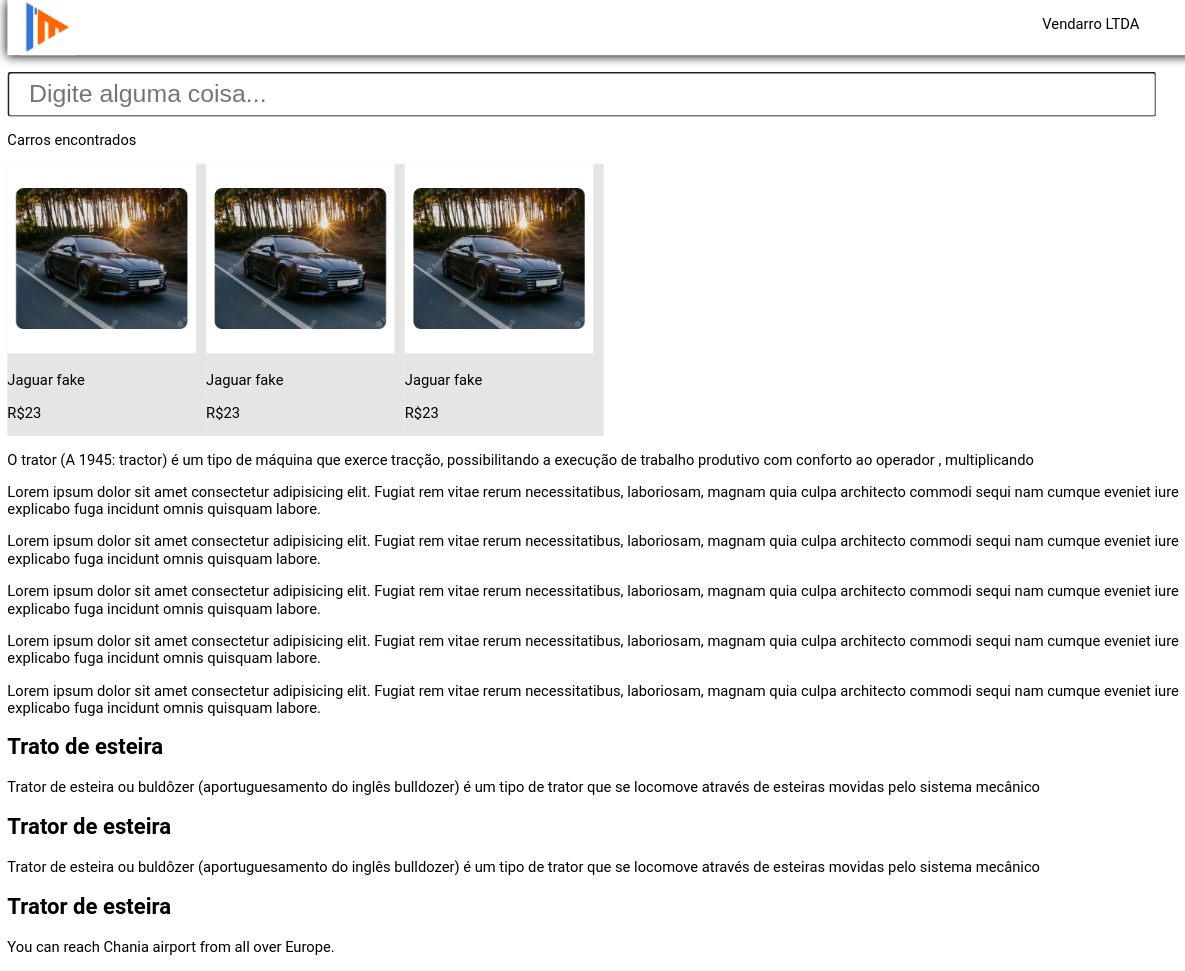
Repository: ecrseer/pesquisa-carros-html
Page: index.html
These files come from the project's save history. The page is drawn as it stood at one moment and after the next save; the edit follows.
The browser window is 1280 px wide. The page is 1288 px wide, so the pictures cover 1288 px, including what lies to the right of the window. The pictures show the whole page, at 92% of full size.

Above is the page before, as saved 2022-01-21 17:11:22.

### index.html
<!doctype html>

<html lang="pt-br">
  <html lang="pt-br">
    <head>
        <meta charset="UTF-8"/>
        <meta name="viewport" content="width=device-width,
        initial-scale=1.0"/>
        <meta http-equiv="X-UA-Compatible" content="ie=edge">
        <title>Vendarro LTDA</title>

  <link rel="stylesheet" href="index.css">

</head>

<body >
    <nav class="header flex wid95 ">
      <img src="./imgs/logo.png" alt="">
      <div></div>
      <p>Vendarro LTDA</p>

      </nav>
      <div class="">
        <div class="espaco"></div>
        <div class="row">
               <input type="text" class="wid95 borda-redonda"
               placeholder="Digite alguma coisa...">
        </div>


        <div class="row">
          <p>Carros encontrados</p>
          <section class="gridcards">
            <div class="card">
              <img src="./imgs/carro.png" class="wid95" alt="">
              <p>Jaguar fake</p>
              <p>R$23</p>
            </div>
            <div class="card">
              <img src="./imgs/carro.png" class="wid95" alt="">
              <p>Jaguar fake</p>
              <p>R$23</p>
            </div>
            <div class="card">
              <img src="./imgs/carro.png" class="wid95" alt="">
              <p>Jaguar fake</p>
              <p>R$23</p>
            </div>
          </section>
          <p>O trator (A 1945: tractor) é um tipo de máquina que exerce tracção,
             possibilitando a execução de trabalho produtivo com conforto ao operador
             , multiplicando </p>
             <p>Lorem ipsum dolor sit amet consectetur adipisicing elit. Fugiat rem vitae rerum necessitatibus, laboriosam, magnam quia culpa architecto commodi sequi nam cumque eveniet iure explicabo fuga incidunt omnis quisquam labore.</p>
             <p>Lorem ipsum dolor sit amet consectetur adipisicing elit. Fugiat rem vitae rerum necessitatibus, laboriosam, magnam quia culpa architecto commodi sequi nam cumque eveniet iure explicabo fuga incidunt omnis quisquam labore.</p>
             <p>Lorem ipsum dolor sit amet consectetur adipisicing elit. Fugiat rem vitae rerum necessitatibus, laboriosam, magnam quia culpa architecto commodi sequi nam cumque eveniet iure explicabo fuga incidunt omnis quisquam labore.</p>
             <p>Lorem ipsum dolor sit amet consectetur adipisicing elit. Fugiat rem vitae rerum necessitatibus, laboriosam, magnam quia culpa architecto commodi sequi nam cumque eveniet iure explicabo fuga incidunt omnis quisquam labore.</p>
             <p>Lorem ipsum dolor sit amet consectetur adipisicing elit. Fugiat rem vitae rerum necessitatibus, laboriosam, magnam quia culpa architecto commodi sequi nam cumque eveniet iure explicabo fuga incidunt omnis quisquam labore.</p>
        </div>

        <div class="col-3 col-s-12">
          <div class="aside">
            <h2>Trato de esteira</h2>
            <p>Trator de esteira ou buldôzer (aportuguesamento do inglês bulldozer) é um tipo de trator que se locomove através de esteiras movidas pelo sistema mecânico</p>
            <h2>Trator de esteira</h2>
            <p>Trator de esteira ou buldôzer (aportuguesamento do inglês bulldozer) é um tipo de trator que se locomove através de esteiras movidas pelo sistema mecânico</p>
            <h2>Trator de esteira</h2>
            <p>You can reach Chania airport from all over Europe.</p>

          </div>
        </div>


      </div>

  <script src="scripts.js"></script>

</body>
</html>

### index.css


  html,body {
    font-family: "Roboto","Lucida Sans", sans-serif;
    width: 100%;
    --topbar-altura:60px;
    --fundo-card: #E5E5E5;

  }
  .espaco{
    height: calc(var(--topbar-altura) + 10px);
  }
  .wid95{
    width: 95%;
  }

  .borda-redonda{
    border-radius: 4px;
  }
  input{
    padding: 1vh;
    padding-left: 3vh;
    font-size: 27px;
  }

  .header {
    background: white;
    position: fixed;
    top:0;
    max-height: var(--topbar-altura);
    box-shadow: 1px 1px 11px 1px;
    padding: 0 2vh;
    padding-right: 424px;
  }
  .flex{
    display: flex;
    justify-content: space-between;
  }
  .gridcards{
    display: grid;
    grid-template-columns: repeat(auto-fill, 30vh)
  }
  .card{
    background: var(--fundo-card);
  }

### scripts.js
function recurs(nmbr){

    if (nmbr==1)
    return 1;
    else
    arr.push(3*recurs(nmbr-1));
}

let
    isWhite = false,
    arr=[];
    let
    fixo=new Array(5);

    fixo[0]='E';
    fixo[4]='S';
    console.log(fixo);


function changeTheme(){
    isWhite ? document.querySelector("body").style.backgroundColor='#010101' :
    document.querySelector("body").style.backgroundColor='#fff';

    isWhite= !isWhite;

    function hapn(){
        console.log('data');
    }

    console.log(arr);
}

After the next save:
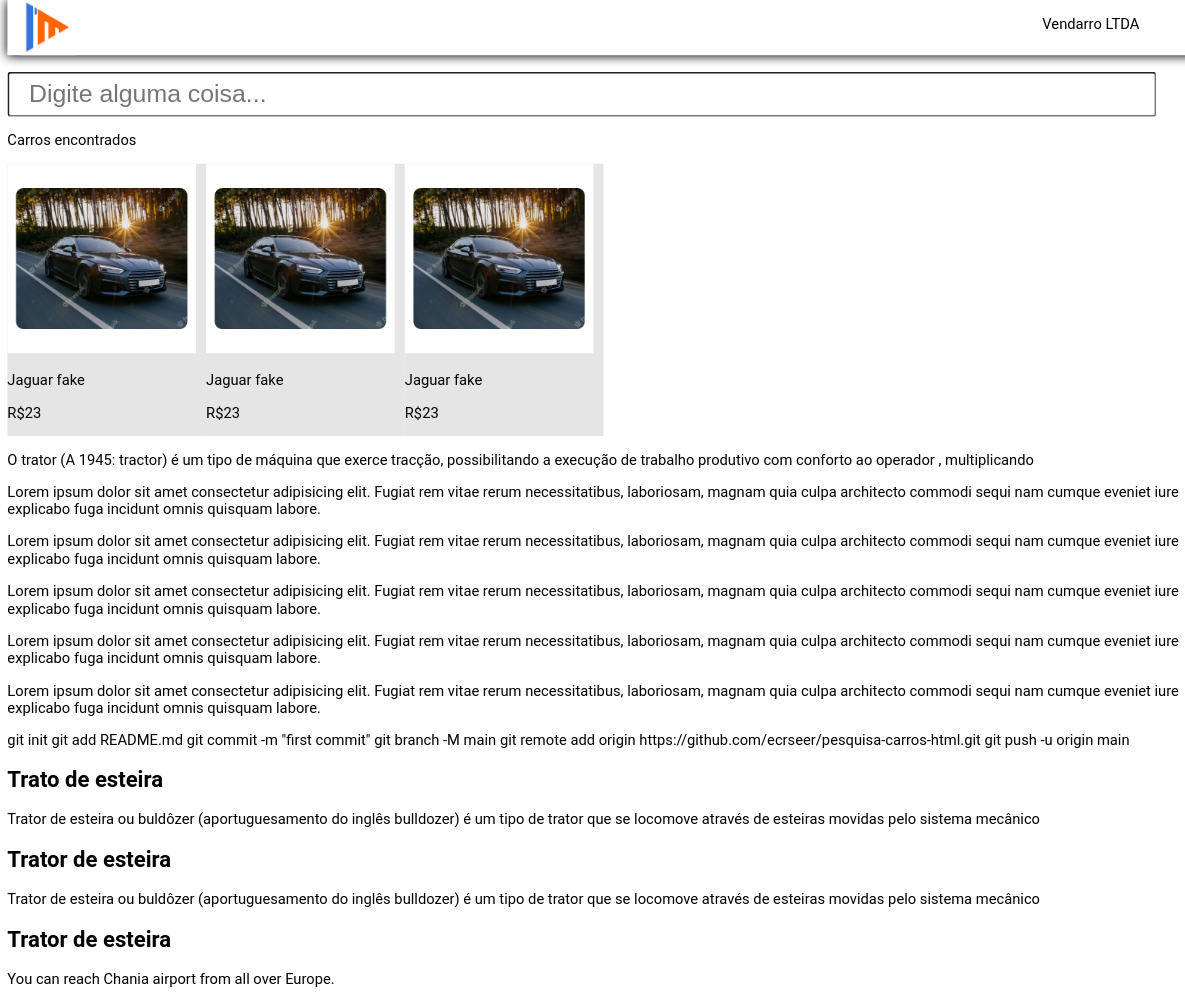
Saved 57 s later.
--- a/index.html
+++ b/index.html
@@ -56,7 +56,12 @@
              <p>Lorem ipsum dolor sit amet consectetur adipisicing elit. Fugiat rem vitae rerum necessitatibus, laboriosam, magnam quia culpa architecto commodi sequi nam cumque eveniet iure explicabo fuga incidunt omnis quisquam labore.</p>
              <p>Lorem ipsum dolor sit amet consectetur adipisicing elit. Fugiat rem vitae rerum necessitatibus, laboriosam, magnam quia culpa architecto commodi sequi nam cumque eveniet iure explicabo fuga incidunt omnis quisquam labore.</p>
         </div>
-
+        git init
+        git add README.md
+        git commit -m "first commit"
+        git branch -M main
+        git remote add origin https://github.com/ecrseer/pesquisa-carros-html.git
+        git push -u origin main
         <div class="col-3 col-s-12">
           <div class="aside">
             <h2>Trato de esteira</h2>
